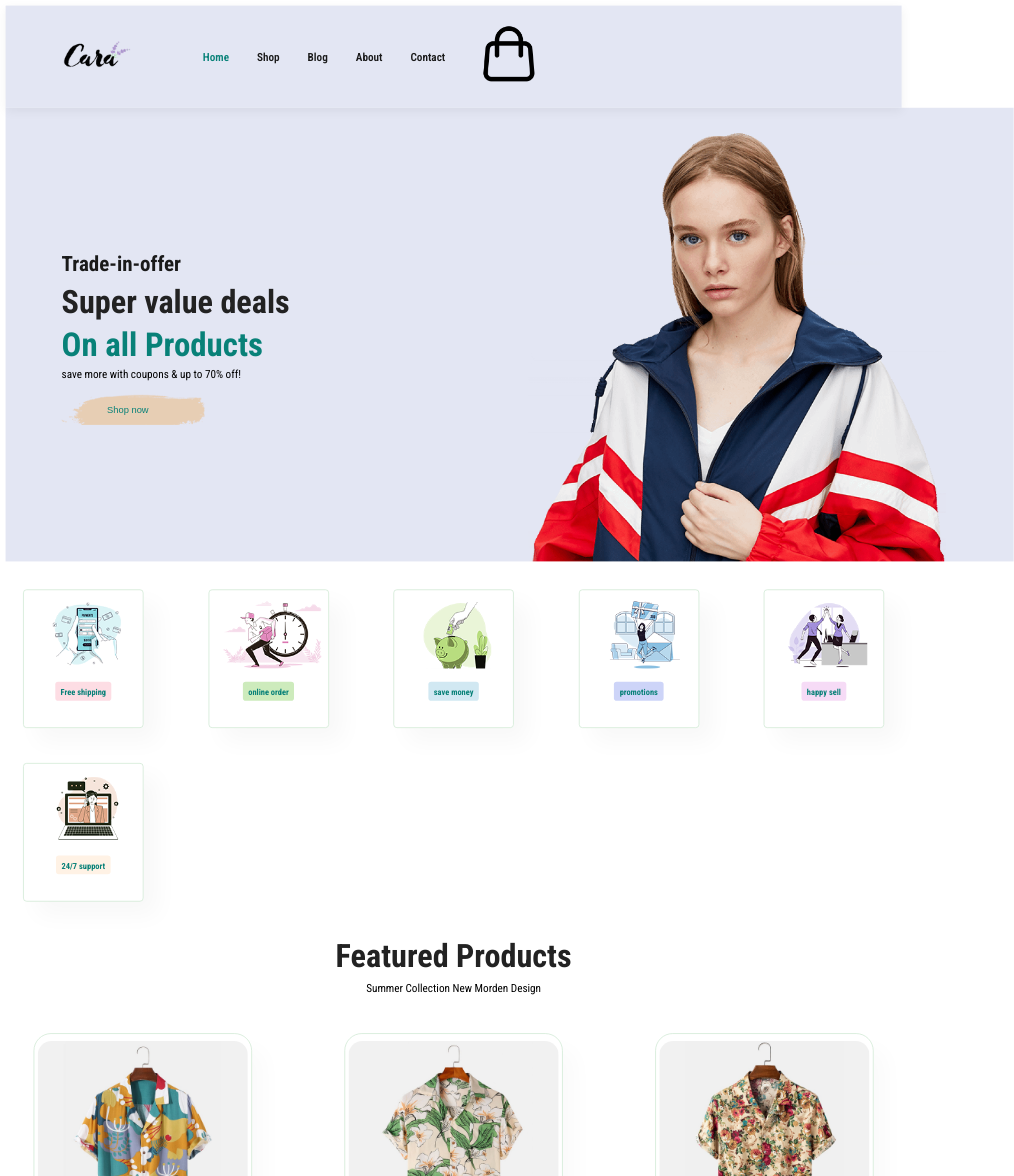
Repository: nhutduy-1905/web_coban
Page: src/index/index.html
An editor plug-in stored every save of this project. The page is shown before and after the next save, followed by the edit.
The browser window is 1280 px wide. The page is 1448 px wide, so the pictures cover 1448 px, including what lies to the right of the window. The pictures show the part of the page from y = 0 to 1680 px (the page is 3834 px tall before and 3771 px after), at 70% of full size.

Above is the page before, as saved 2024-11-19 21:36:24.

### src/index/index.html
<!DOCTYPE html>
<html lang="en">
<!-- Khai báo định dạng tài liệu HTML và ngôn ngữ là tiếng Anh -->

<head>
    <meta charset="UTF-8">
    <!-- Thiết lập bộ ký tự của trang là UTF-8 -->
    <meta name="viewport" content="width=device-width, initial-scale=1.0">
    <!-- Điều chỉnh để trang hiển thị tốt trên mọi thiết bị, đặc biệt là thiết bị di động -->
    <link rel="stylesheet" href="../benefit/benefit.css">
    <link rel="stylesheet" href="../index/main.css">
    <link rel="stylesheet" href="../product/product.css">
    <link rel="stylesheet" href="../product/item.css">
    <link rel="preconnect" href="https://fonts.googleapis.com">
    <link rel="preconnect" href="https://fonts.gstatic.com" crossorigin>
     <!-- link sao -->
    <link rel="preconnect" href="https://fonts.googleapis.com">
<link rel="preconnect" href="https://fonts.gstatic.com" crossorigin>
<link href="https://fonts.googleapis.com/css2?family=Roboto+Condensed:ital,wght@0,100..900;1,100..900&family=Roboto:ital,wght@0,100;0,300;0,400;0,500;0,700;0,900;1,100;1,300;1,400;1,500;1,700;1,900&display=swap" rel="stylesheet">
     <link rel="stylesheet" href="product.css">
     <!-- link giỏ hàng -->
     <link rel="stylesheet" href="https://pro.fontawesome.com/releases/v5.15.4/css/all.css">
    <title>Super Value Deals</title>
    <!-- Tiêu đề của trang web hiển thị trên tab của trình duyệt -->
</head>

<body>

    <section id="header">
        <a href="#"><img src="../../images/logo.png" class="logo" alt="Logo"></a>
        <div>
            <div id="nvbar">
                <div class="active">Home</div>
                <div>Shop</div>
                <div>Blog</div>
                <div>About</div>
                <div>Contact</div>
                <div>
                    <img src = "../../shopping-bag.png" alt = "Logo" style="width: 20%";>
                </div>
            </div>
        </div>
    </section>
    <Section id ="hero">
        <h4>Trade-in-offer</h4>
        <h2>Super value deals</h2>
        <h1>On all Products</h1>
        <p>save more with coupons & up to 70% off!</p>
        <button>Shop now</button>
    </Section>


    <section id ="featured">
        <div class = "fe-box">
            <img  class = "magic-1"src = "../../images/features/f1.png" alt ="">
            <h6>Free shipping</h6>
        </div>
        <div class = "fe-box">
            <img src = "../../images/features/f2.png" alt ="">
            <h6>online order</h6>
        </div>
        <div class = "fe-box">
            <img src = "../../images/features/f3.png" alt ="">
            <h6>save money</h6>
        </div>
        <div class = "fe-box">
            <img src = "../../images/features/f4.png" alt ="">
            <h6>promotions</h6>
        </div>
        <div class = "fe-box">
            <img src = "../../images/features/f5.png" alt ="">
            <h6>happy sell</h6>
        </div>
        <div class = "fe-box">
            <img  class = "magic-2" src = "../../images/features/f6.png" alt ="">
            <h6>24/7 support</h6>
        </div>
    </section>

    <section id ="product1" class = "section-p1">
        <h2>Featured Products</h2>
        <p>Summer Collection New Morden Design</p>
        <div class ="pro-container">
            <div class ="pro">
                <img src ="../../images/products/f1.jpg" alt ="">
                <div class ="des">
                    <span>adidas</span>
                    <h5> Cartoon Astronaut T-Shirts</h5>
                    <div class ="star">
                        <i class="fas fa-star"></i>
                        <i class="fas fa-star"></i>
                        <i class="fas fa-star"></i>
                        <i class="fas fa-star"></i>
                        <i class="fas fa-star"></i>
                    </div>
                    <h4>$78</h4>
                </div>
                   <a href ="#"><i class="fal fa-shopping-cart cart"></i></a>
            </div>
            <div class ="pro">
                <img src ="../../images/products/f2.jpg" alt ="">
                <div class ="des">
                    <span>adidas</span>
                    <h5> Cartoon Astronaut T-Shirts</h5>
                    <div class ="star">
                        <i class="fas fa-star"></i>
                        <i class="fas fa-star"></i>
                        <i class="fas fa-star"></i>
                        <i class="fas fa-star"></i>
                        <i class="fas fa-star"></i>
                    </div>
                    <h4>$78</h4>
                </div>
                   <a href ="#"><i class="fal fa-shopping-cart cart"></i></a>
            </div>
            <div class ="pro">
                <img src ="../../images/products/f3.jpg" alt ="">
                <div class ="des">
                    <span>adidas</span>
                    <h5> Cartoon Astronaut T-Shirts</h5>
                    <div class ="star">
                        <i class="fas fa-star"></i>
                        <i class="fas fa-star"></i>
                        <i class="fas fa-star"></i>
                        <i class="fas fa-star"></i>
                        <i class="fas fa-star"></i>
                    </div>
                    <h4>$78</h4>
                </div>
                   <a href ="#"><i class="fal fa-shopping-cart cart"></i></a>
            </div>
            <div class ="pro">
                <img src ="../../images/products/f4.jpg" alt ="">
                <div class ="des">
                    <span>adidas</span>
                    <h5> Cartoon Astronaut T-Shirts</h5>
                    <div class ="star">
                        <i class="fas fa-star"></i>
                        <i class="fas fa-star"></i>
                        <i class="fas fa-star"></i>
                        <i class="fas fa-star"></i>
                        <i class="fas fa-star"></i>
                    </div>
                    <h4>$78</h4>
                </div>
                   <a href ="#"><i class="fal fa-shopping-cart cart"></i></a>
            </div>
            <div class ="pro">
                <img src ="../../images/products/f5.jpg" alt ="">
                <div class ="des">
                    <span>adidas</span>
                    <h5> Cartoon Astronaut T-Shirts</h5>
                    <div class ="star">
                        <i class="fas fa-star"></i>
                        <i class="fas fa-star"></i>
                        <i class="fas fa-star"></i>
                        <i class="fas fa-star"></i>
                        <i class="fas fa-star"></i>
                    </div>
                    <h4>$78</h4>
                </div>
                   <a href ="#"><i class="fal fa-shopping-cart cart"></i></a>
            </div>
            <div class ="pro">
                <img src ="../../images/products/f6.jpg" alt ="">
                <div class ="des">
                    <span>adidas</span>
                    <h5> Cartoon Astronaut T-Shirts</h5>
                    <div class ="star">
                        <i class="fas fa-star"></i>
                        <i class="fas fa-star"></i>
                        <i class="fas fa-star"></i>
                        <i class="fas fa-star"></i>
                        <i class="fas fa-star"></i>
                    </div>
                    <h4>$78</h4>
                </div>
                   <a href ="#"><i class="fal fa-shopping-cart cart"></i></a>
            </div>
            <div class ="pro">
                <img src ="../../images/products/f7.jpg" alt ="">
                <div class ="des">
                    <span>adidas</span>
                    <h5> Cartoon Astronaut T-Shirts</h5>
                    <div class ="star">
                        <i class="fas fa-star"></i>
                        <i class="fas fa-star"></i>
                        <i class="fas fa-star"></i>
                        <i class="fas fa-star"></i>
                        <i class="fas fa-star"></i>
                    </div>
                    <h4>$78</h4>
                </div>
                   <a href ="#"><i class="fal fa-shopping-cart cart"></i></a>
            </div>
            <div class ="pro">
                <img src ="../../images/products/f8.jpg" alt ="">
                <div class ="des">
                    <span>adidas</span>
                    <h5> Cartoon Astronaut T-Shirts</h5>
                    <div class ="star">
                        <i class="fas fa-star"></i>
                        <i class="fas fa-star"></i>
                        <i class="fas fa-star"></i>
                        <i class="fas fa-star"></i>
                        <i class="fas fa-star"></i>
                    </div>
                    <h4>$78</h4>
                </div>
                   <a href ="#"><i class="fal fa-shopping-cart cart"></i></a>
            </div>
        </div>

    </section>

    <section id = "banner3">
        <div class = "banner-box">
            <h2>SEASONAL SALE </h2>
            <h3>Winter Collection -50% OFF</h3>
        </div>
        <div class = "banner-box banner-box2">
            <h2>NEW FOOTWEAR COLLECTION </h2>
            <h3>Spring/Summer 2024</h3>
        </div>
        <div class = "banner-box banner-box3">
            <h2>T-SHIRTS</h2>
            <h3>New Trendy Prints</h3>
        </div>
     </section>
     <section id = "newsletter">
        <div class = "newtest">
            <h4>Sign Up For Newsletters</h4>
            <p>Get E-mail upadtes about us latest shop and <span>special offers.</span></p>
        </div>
        <div class = "form">
            <input type= "text" placeholder ="Your email address">
            <button class = "normal">Sign Up</button>
        </div>
     </section>

     <footer class ="section-p1">
        <div class = "col">
            <img  class = "logo" src = "../../images/logo.png" alt ="">
            <h4>Contact</h4>
            <p><strong><i>Address:</strong>Wellington Road,Street 32,San Fancisco</i></p>
            <p><strong><i>Phone: </strong>Wellington Road,Street 32,San Fancisco</i></p>
            <p><strong><i>Hours: </strong>10:00-18:00.Mon-Sat</i></p>
            <div class ="follow us">
                <h4>Follow us</h4>
                <div class = "icon">
                    <i class="fab fa-facebook-f"></i>
                    <i class="fab fa-twitter"></i>
                    <i class="fab fa-instagram"></i>
                    <i class="fab fa-pinterest-p"></i>
                    <i class="fab fa-youtube"></i>
                </div>
            </div>
        </div>

        <div class = "col">
            <h4>About</h4>
            <a href = "#">About us</a>
            <a href = "#">Delivery Information</a>
            <a href = "#">Privacy Policy</a>
            <a href = "#">Terms & Conditions</a>
            <a href = "#">Contact Us</a>
        </div>

        <div class = "col">
            <h4>My Account</h4>
            <a href = "#">Sign In</a>
            <a href = "#">View Cart</a>
            <a href = "#">My Wishlist</a>
            <a href = "#">Track My Order</a>
            <a href = "#">Help</a>
        </div>

        <div class = "col install">
            <h4 class = "col1">Install App</h4>
            <p class = "col2">From App store or Google Play</p>
            <div class ="row">
                <img src = "../../images/pay/app.jpg" alt ="">
                <img src = "../../images/pay/play.jpg" alt = "">
            </div>
            <p>Secured Payment Gateways</p>
            <img src = "../../images/pay/pay.png" alt ="">
        </div>
     </footer>

</body>
</html>

### src/benefit/benefit.css
#featured {
    display: flex;
     /* Tạo container flexbox để sắp xếp các phần tử con */
    align-items: center;
    /* Căn giữa các phần tử con theo chiều dọc (trục y) */
    justify-content: space-between;
    /* Phân phối các phần tử con cách đều nhau theo chiều ngang (trục x) */
    flex-wrap: wrap;
    /* Cho phép các phần tử con xuống dòng khi không đủ không gian */
 }

 #featured .fe-box {
    width: 140px;
    /* Đặt chiều rộng cho mỗi hộp là 120px */
    text-align: center;
    /* Căn giữa nội dung văn bản trong mỗi hộp */
     padding:   10px 15px;
     /* Khoảng đệm bên trong mỗi hộp (15px trên dưới, 10px trái phải) */
    box-shadow: 20px 20px 34px rgba(0, 0, 0, 0.03);
     /* Tạo bóng cho hộp với độ mờ nhẹ */
    border: 1px solid #cce7d0;
    /* Tạo viền màu xanh nhạt cho mỗi hộp */
    border-radius: 5px;
    /* Bo tròn góc của hộp với bán kính 4px */
     margin: 10px;
    /* Tạo khoảng cách ngoài cho mỗi hộp là 15px */
    margin-left:25px;
    margin-top: 40px;
    margin-right: 25px;

 }

 #featured .fe-box:hover {
    box-shadow: 10px 10px 54px rgba(70, 62, 221, 0.1);
    /* Tăng bóng khi di chuột qua hộp */
 }

 #featured .fe-box img {
    width: 100%;
    /* Đặt chiều rộng ảnh bằng 100% của hộp chứa */
    margin-bottom: 10px;
    /* Khoảng cách dưới của ảnh là 10px */
    padding: 5px 5px;
 }

 #featured .fe-box h6 {
   display: inline-block;
     /* Hiển thị tiêu đề h6 dưới dạng khối nội tuyến */
   padding: 9px 8px 6px 8px;
    /* Khoảng đệm bên trong tiêu đề h6 (trên 9px, phải 8px, dưới 6px, trái 8px) */
   line-height: 1;
    /* Chiều cao dòng là 1 */
   border-radius: 4px;
   /* Bo tròn góc của tiêu đề với bán kính 4px */
   color: #088178;
     /* Màu chữ xanh lá cây */
   background-color: #fddde4;
    /* Nền màu hồng nhạt cho tiêu đề */
    margin-top: 0px;

 }

 #featured .fe-box:nth-child(2) h6 {
   background-color: #cdebbc;
   /* Nền màu xanh nhạt cho hộp thứ hai */
 }

 #featured .fe-box:nth-child(3) h6 {
   background-color: #d1e8f2;
    /* Nền màu xanh nhạt cho hộp thứ ba */
 }

 #featured .fe-box:nth-child(4) h6 {
   background-color: #cdd4f8;
   /* Nền màu xanh dương nhạt cho hộp thứ tư */
 }

 #featured .fe-box:nth-child(5) h6 {
   background-color: #f6dbf6;
    /* Nền màu tím nhạt cho hộp thứ năm */
 }

 #featured .fe-box:nth-child(6) h6 {
   background-color: #fff2e5;
   /* Nền màu cam nhạt cho hộp thứ sáu */

 }

### src/index/main.css
h1 {
    font-size: 50px;
    line-height: 64px;
    color: #222;
    margin-bottom: 0;
    margin-top: 0;
}

h2 {
    font-size: 46px;
    line-height: 54px;
    color: #222;
    margin-top: 0;
    margin-bottom: 0;
}

h4 {
    font-size: 30px;
    margin-top: 10px;
    margin-bottom: 10px;
}

h6 {
    font-weight: 700;
    font-size: 12px;
}

p {
    font-size: 16px;

    margin: 15px 0  20px ;
    margin-top: 0px;
}

.section-p1 {
    padding: 40px 40px;
}

.section-m1 {
    margin: 40px 0;
}

body {
    width: 100%;
   font-family: "Roboto Condensed", sans-serif;
}

#header {
    display: flex;
    align-items: center;
    justify-content: space-between;
    padding: 20px 80px;
    background: #E3E6F3;
    box-shadow: 0 5px 15px rgba(0, 0, 0, 0.06);
    z-index: 999;
    position: sticky;
    top: 0;
    left: 0;
}

#nvbar {
    display: flex;
    align-items: center;
    justify-content: center;
}

#nvbar div {
    list-style: none;
    padding: 0 20px;
    text-decoration: none;
    font-size: 16px;
    font-weight: 600;
    color: #1a1a1a;
}

#nvbar div:hover {
    color: #088178;
}

#nvbar .active {
    color: #088178;
}

#nvbar .div .active::after {
    content: "";
    width: 30px;
    height: 2px;
    background-color: #088178;
    position: absolute;
    bottom: -4px;
    left: 20px;
}

#hero {
    background-image: url("../../images/hero4.png");
    height: 90vh;
    width: 100%;
    background-size: cover;
    background-position: top 25% right 0;
    padding: 0 80px;
    display: flex;
    flex-direction: column;
    align-items: flex-start;
    justify-content: center;

}


#hero h1 {
    color: #088178;
    margin-top:-7px;
    font-size: 47px;
}

#hero button {
    background-image: url("../../images/button.png");
    background-color: transparent;
    color: #088178;
    border: 0;
    padding: 14px 80px 14px 65px;
}
#hero h4
{
    color: #1a1a1a;

}

### src/product/product.css
#product1
{
   text-align: center; /* Căn giữa tất cả nội dung văn bản bên trong phần tử #product1 */
}

#product1 .pro-container
{
   display: flex; /* Sử dụng flexbox để bố trí các phần tử con */
   justify-content: space-between; /* Căn đều các phần tử con với khoảng cách đều nhau */
   padding-top: 20px; /* Tạo khoảng cách trên cùng cho phần tử */
   flex-wrap: wrap; /* Cho phép các phần tử con xuống hàng khi không đủ chỗ */
}

#product1 .pro
{
    width: 5%; /* Đặt chiều rộng của mỗi sản phẩm là 5% của khối chứa */
    min-width: 300px; /* Đảm bảo mỗi sản phẩm có chiều rộng tối thiểu là 250px */
    padding: 10px 5px; /* Tạo khoảng cách giữa nội dung bên trong phần tử và viền */
    border: 1px solid #cce7d0; /* Tạo viền mỏng màu #cce7d0 */
    border-radius: 25px; /* Làm tròn góc các viền với bán kính 25px */
    cursor: pointer; /* Thay đổi con trỏ thành hình tay khi di chuột lên */
    box-shadow: 20px 20px 30px rgba(0, 0, 0, 0.02); /* Tạo hiệu ứng đổ bóng nhạt cho phần tử */
    margin: 15px 0; /* Tạo khoảng cách trên và dưới của phần tử */
    transition: 0.2 ease; /* Tạo hiệu ứng chuyển động mượt khi có sự thay đổi */
    position: relative; /* Đặt phần tử ở vị trí tương đối để các phần tử con có thể định vị dựa vào nó */
}

#product1 .pro:hover
{
   box-shadow: 20px 20px 30px rgba(0, 0, 0, 0.06); /* Tăng cường đổ bóng khi người dùng hover chuột lên sản phẩm */
}

#product1 .pro img
{
    width: 100%; /* Hình ảnh chiếm toàn bộ chiều rộng của phần tử chứa */
    border-radius: 20px; /* Làm tròn góc các hình ảnh */
    margin-bottom: -10px;
}

#product1 .pro .des
{
   text-align: start; /* Căn trái văn bản trong mô tả */
   padding: 10px 0; /* Tạo khoảng cách trên và dưới cho phần mô tả */
}

#product1 .pro .des span
{
   color: #606063; /* Đặt màu chữ cho thẻ <span> */
   font-size: 12px; /* Đặt kích thước chữ là 12px */
}

#product1 .pro .des h5
{
   padding-top: 7px; /* Tạo khoảng cách trên cho tiêu đề h5 */
   color: #1a1a1a; /* Đặt màu chữ tối cho tiêu đề h5 */
   font-size: 14px; /* Đặt kích thước chữ là 14px */
   margin-top: -5px;
   margin-bottom: 0px;
   margin-left: 0px;
}

#product1 .pro .des i
{
    font-size: 12px; /* Đặt kích thước chữ cho các biểu tượng sao */
    color: rgb(243, 181, 25); /* Màu vàng cho các biểu tượng sao */
}

#product1 .pro .des h4
{
   padding-top: 7px; /* Tạo khoảng cách trên cho thẻ h4 */
   font-size: 15px; /* Đặt kích thước chữ là 15px */
   font-weight: 700; /* Đặt độ đậm của chữ là 700 (bold) */
   color:#088178; /* Đặt màu xanh lá cho giá sản phẩm */
   margin-top: 0px;
}

#product1 .pro .cart
{
  width: 40px; /* Đặt chiều rộng của biểu tượng giỏ hàng */
  height: 40px; /* Đặt chiều cao của biểu tượng giỏ hàng */
  line-height: 40px; /* Canh giữa biểu tượng giỏ hàng theo chiều dọc */
  border-radius: 50px; /* Làm tròn biểu tượng giỏ hàng thành hình tròn */
  background-color: #e8f6ea; /* Đặt màu nền xanh nhạt cho giỏ hàng */
  font-weight: 500; /* Đặt độ đậm của chữ trong giỏ hàng là 500 */
  color:#088178; /* Màu chữ xanh lá cho biểu tượng giỏ hàng */
  border: 1px solid #cce7d0; /* Tạo viền mỏng màu xanh nhạt cho giỏ hàng */
  position: absolute; /* Đặt biểu tượng giỏ hàng ở vị trí tuyệt đối trong phần tử cha */
  bottom:20px; /* Đặt biểu tượng cách đáy 20px */
  right: 10px; /* Đặt biểu tượng cách phải 10px */
  margin-bottom:-10px;
}
h2
{
   margin-bottom: 10px;
}

Loaded but not shown: src/product/item.css (198 lines, source omitted)

After the next save:
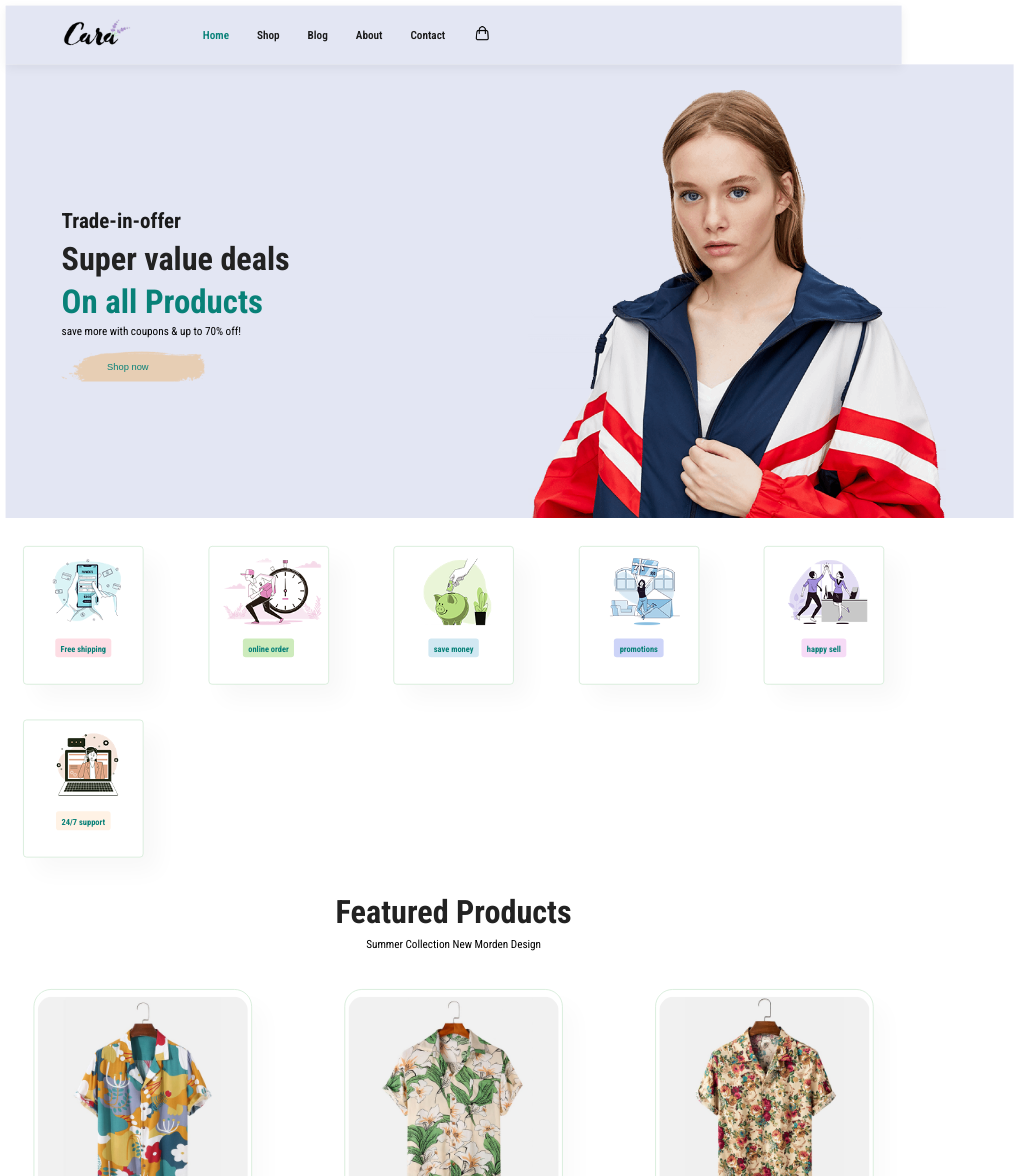
Saved 9 s later.
--- a/src/index/index.html
+++ b/src/index/index.html
@@ -36,7 +36,7 @@
                 <div>About</div>
                 <div>Contact</div>
                 <div>
-                    <img src = "../../shopping-bag.png" alt = "Logo" style="width: 20%";>
+                    <img src = "../../shopping-bag.png" alt = "Logo" style="width: 5%";>
                 </div>
             </div>
         </div>
